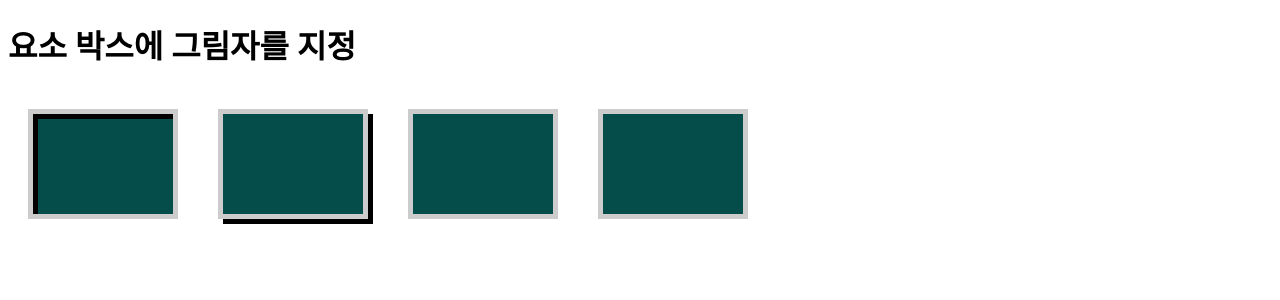
Repository: cussip/SuperHands
Page: WebExam/src/main/webapp/css/border/box-shadow.html
An editor plug-in stored every save of this project. The page is shown before and after the next save, followed by the edit.
The browser window is 1280 px wide. The pictures show the whole page.

Above is the page before, as saved 2022-02-01 07:19:43.

### WebExam/src/main/webapp/css/border/box-shadow.html
<!DOCTYPE html>
<html>
<head>
	<meta charset="UTF-8">
	<title>box-shadow.html</title>
	<style>
		div {
			padding: 20px;
			margin: 20px;
			width: 100px;
			height: 60px;
			float: left;
			font-weight: bold;
			border: 5px solid #CCC;
			color: #FFF;
			background: #054D4A;
		}
		.inset {
			box-shadow: inset 5px 5px 0px 0px #000;
		}
		.outset {
			box-shadow: 5px 5px 0px 0px #000;
		}
		.inset {
			box-shadow: inset 5px 5px 0px 0px #000;
		}
		.inset {
			box-shadow: inset 5px 5px 0px 0px #000;
		}
	</style>
</head>
<body>
	<h1>요소 박스에 그림자를 지정</h1>
	<div class="inset">

	</div>
	<div class="outset">

	</div>
	<div class="blur">

	</div>
	<div class="spread">

	</div>
</body>
</html>

After the next save:
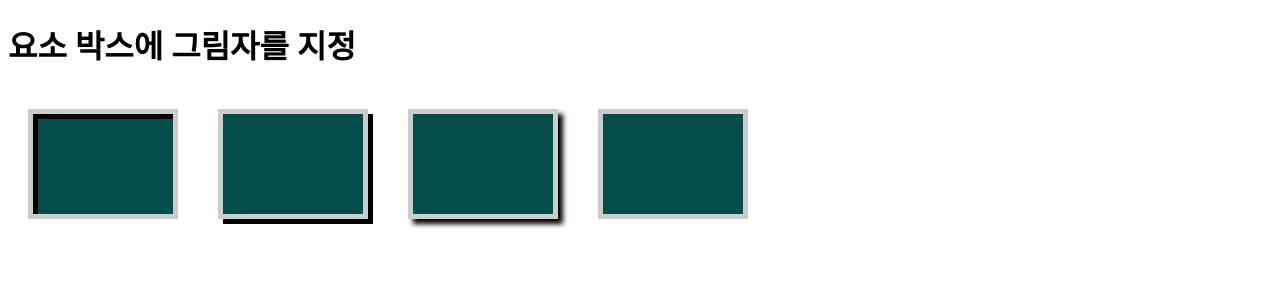
Saved 25 s later.
--- a/WebExam/src/main/webapp/css/border/box-shadow.html
+++ b/WebExam/src/main/webapp/css/border/box-shadow.html
@@ -21,8 +21,8 @@
 		.outset {
 			box-shadow: 5px 5px 0px 0px #000;
 		}
-		.inset {
-			box-shadow: inset 5px 5px 0px 0px #000;
+		.blur {
+			box-shadow: 5px 5px 5px 0px #000;
 		}
 		.inset {
 			box-shadow: inset 5px 5px 0px 0px #000;
